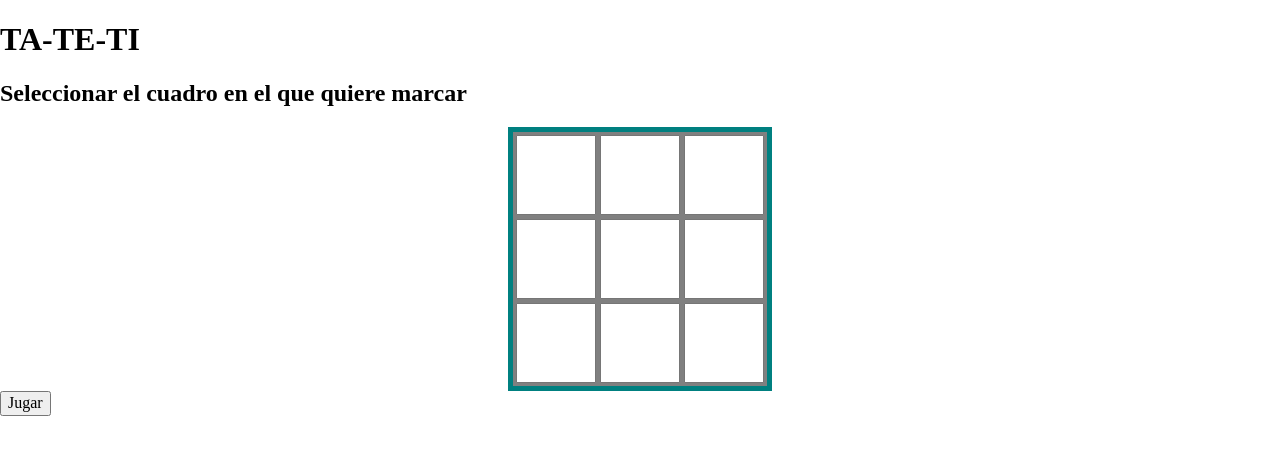
Repository: Lean97-start/TATETI
Page: Tateti.html
An editor plug-in stored every save of this project. The page is shown before and after a run of saves, followed by the edit.
The browser window is 1280 px wide. The pictures show the whole page.

Above is the page before, as saved 2021-03-30 12:46:32.

### Tateti.html
<!DOCTYPE html>
<html lang="en">
<head>
    <meta charset="UTF-8">
    <link rel="stylesheet" type="text/css" href="Tateti.css">
    <link rel="stylesheet" href="Tateti.js">
    <link rel="stylesheet" type="text/css" href="https://necolas.github.io/normalize.css/8.0.1/normalize.css">
    <title>TATETI</title>
</head>
<body>
    <H1>TA-TE-TI</H1>
    <H2>Seleccionar el cuadro en el que quiere marcar</H3>

        <table class="cuadro">
            <tr>
                <td><input type="text" class="entradas"></td>
                <td><input type="text" class="entradas"></td>
                <td><input type="text" class="entradas"></td>
            </tr>
            <tr>
                <td><input type="text" class="entradas"></td>
                <td><input type="text" class="entradas"></td>
                <td><input type="text" class="entradas"></td>
            </tr>
            <tr>
                <td><input type="text" class="entradas"></td>
                <td><input type="text" class="entradas"></td>
                <td><input type="text" class="entradas"></td>
            </tr>
        </table>


    <button class="botones" type="button" >Jugar</button>
</body>
</html>

### Tateti.css

.cuadro{
    border: 5px teal solid;
    background: grey;
    position: relative;
    height: 250px;
    width: 250px;
    margin: auto;
}
.entradas{
    height: 80px;
    width: 80px;
    box-sizing: border-box;

}

### Tateti.js
let var1, var2, var3,var4, var5,var6 = undefined
alert("Hola")
function boton_jugar (){

}

After the next 2 saves:
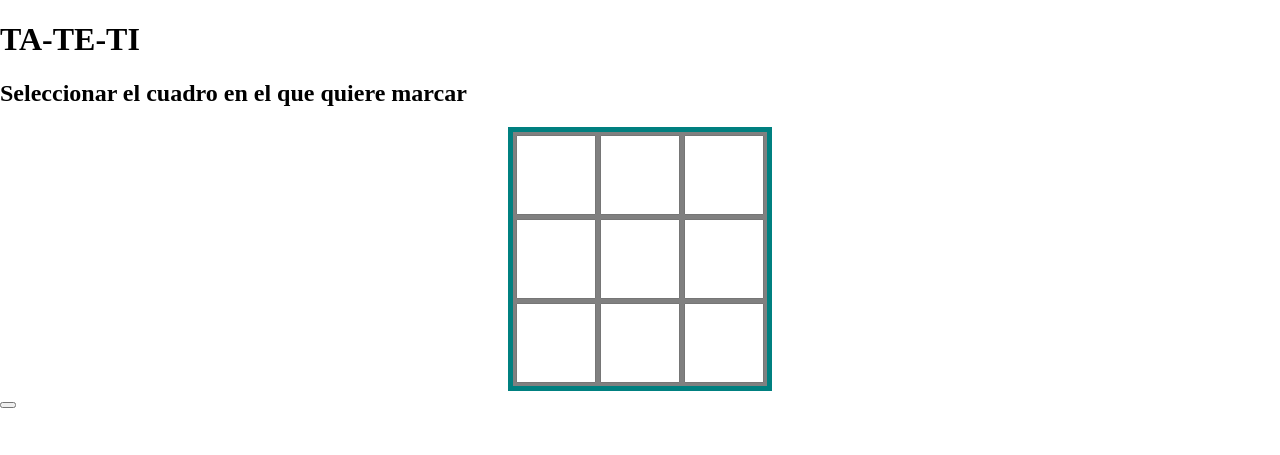
The 2 saves are shown as one change because they came seconds apart.
The last was saved 12 s later.
--- a/Tateti.html
+++ b/Tateti.html
@@ -30,6 +30,6 @@
         </table>
 
 
-    <button class="botones" type="button" >Jugar</button>
+    <button class="botones" type="button" ><sJugar</button>
 </body>
 </html>

After the 2 saves that followed:
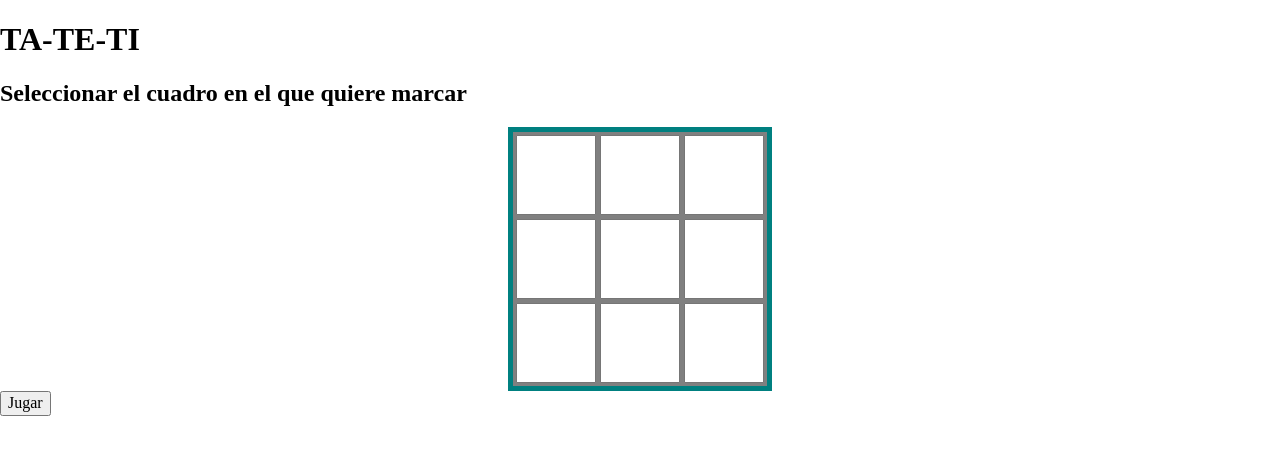
The 2 saves are shown as one change because 1 left the picture as it was.
The last was saved 15 s later.
--- a/Tateti.html
+++ b/Tateti.html
@@ -30,6 +30,6 @@
         </table>
 
 
-    <button class="botones" type="button" ><sJugar</button>
+    <button class="botones" type="button" >Jugar</button>
 </body>
 </html>
